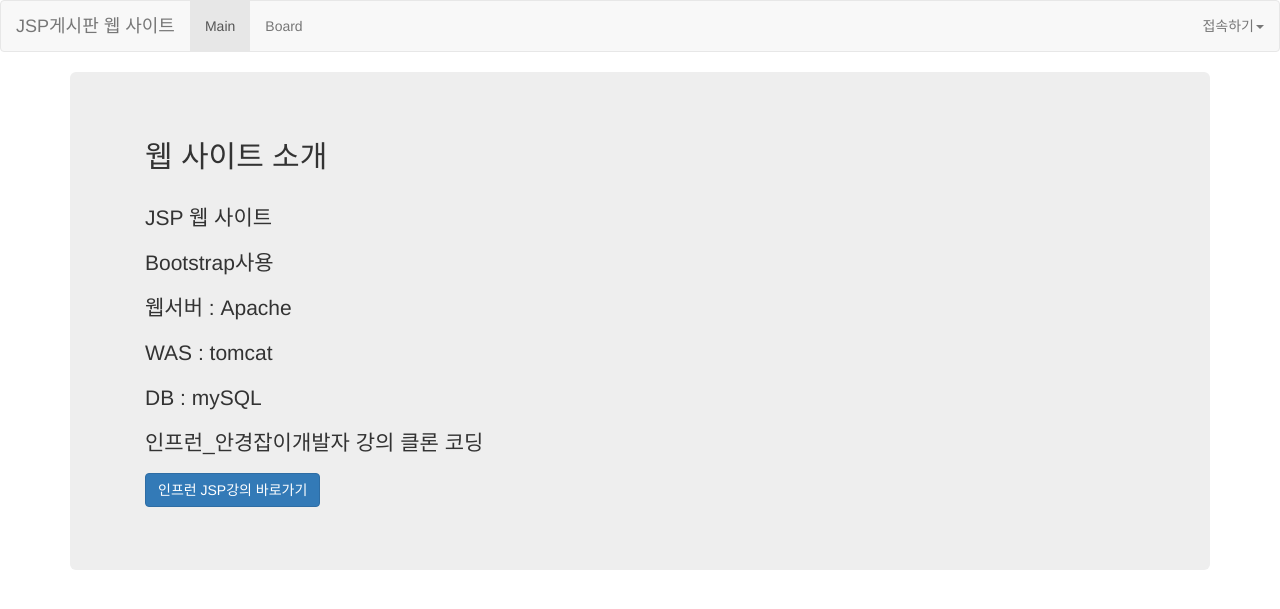
Repository: kwonsye/JSP_Board
Page: http://localhost/BBS/main.jsp
The author's editor kept a copy of each file at every save. The page is drawn from the files as they stood at one save, then again after the next save.
The browser window is 1280 px wide. The pictures show the whole page.
Some web fonts or font styles are not loaded; a fallback is used. Some web libraries are served in a nearby version. The page is served by Tomcat 9.

Above is the page before, as saved 2019-01-06 16:05:03.

After the next save:
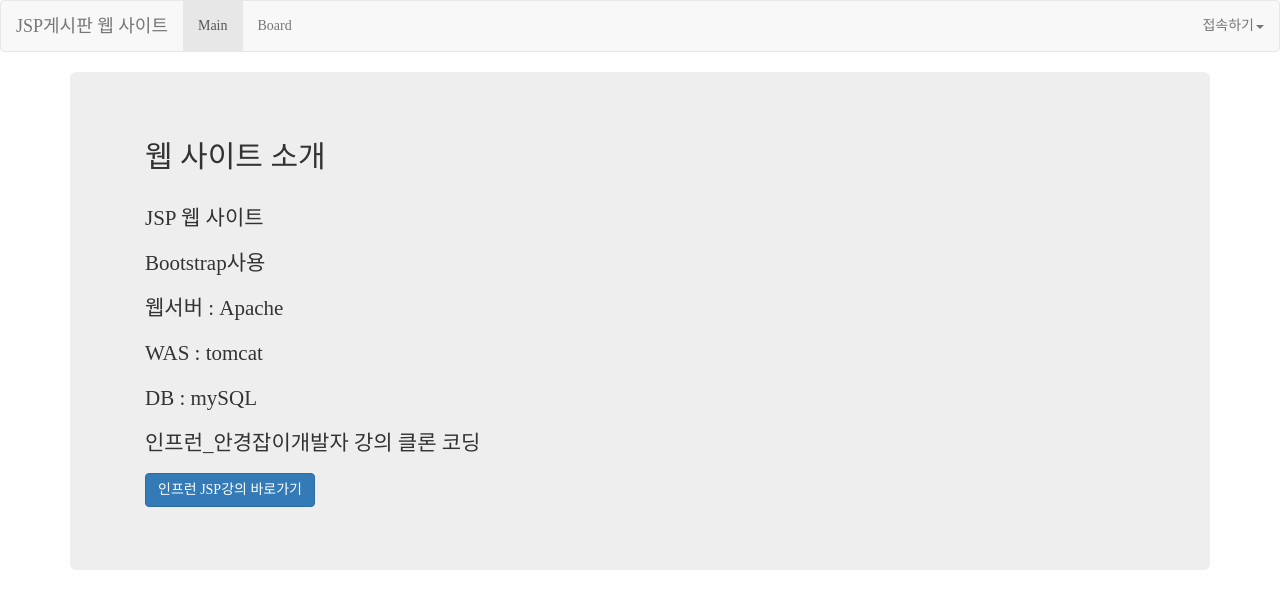
Saved 95 s later.
--- a/projects/BBS/WebContent/main.jsp
+++ b/projects/BBS/WebContent/main.jsp
@@ -8,6 +8,8 @@
 <!-- Bootstrap참조하는 부분 -->
 <meta name="viewport" content="width=device-width" initial-scale="1">
 <link rel="stylesheet" href="css/bootstrap.css">
+<!-- 커스텀 css파일 추가 -->
+<link rel="stylesheet" href="css/custom.css">
 <title>메인 페이지 테스트</title>
 </head>
 <body>
